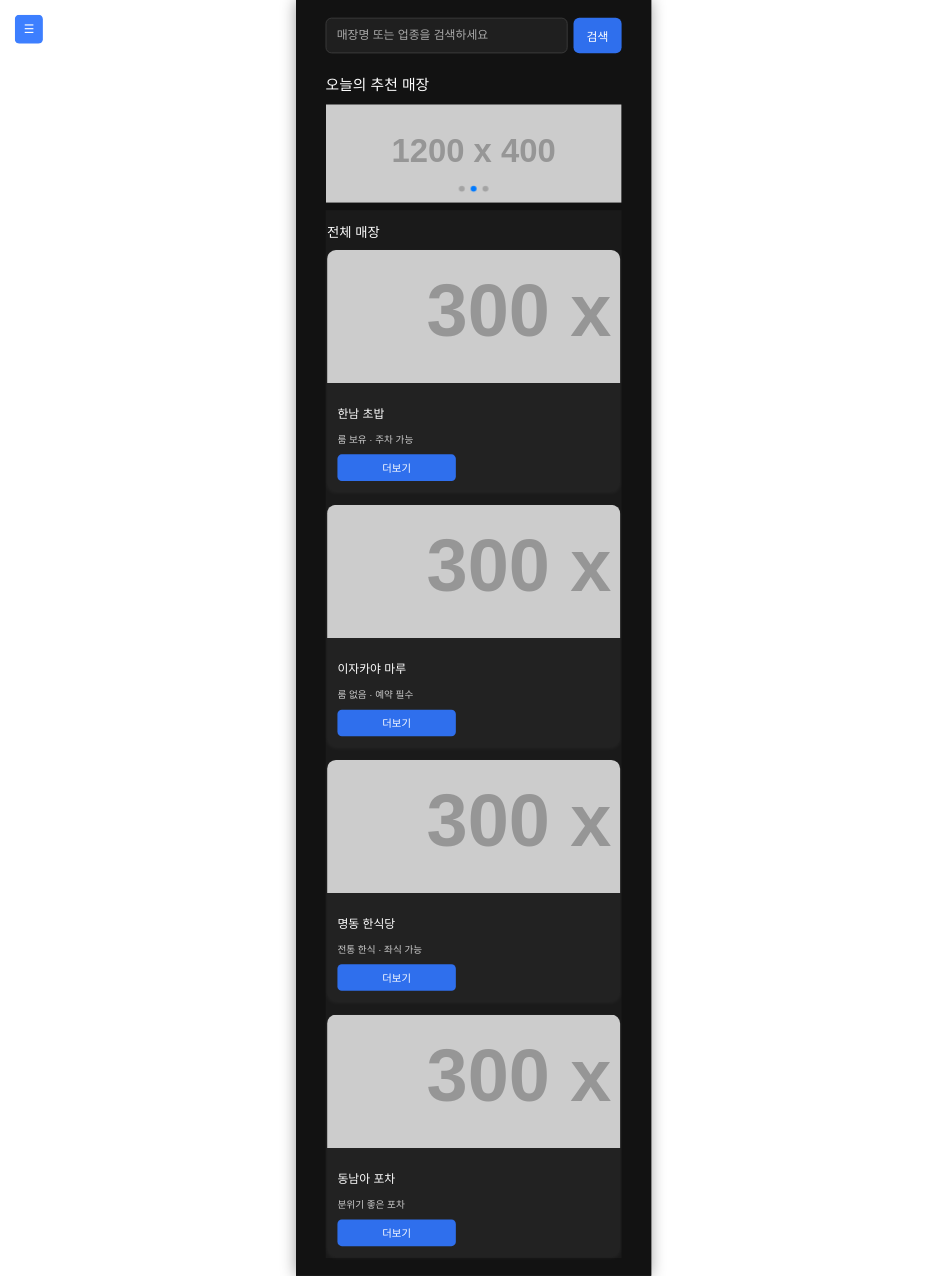
Repository: noiredex/Choplan-API
Page: / (app in choplan/frontend_main/)
An editor plug-in stored every save of this project. The page is shown before and after the next save, followed by the edit.
The browser window is 1280 px wide. The pictures show the whole page, at 74% of full size.
The project was rebuilt for these pictures with package versions that can differ from the ones it lists, and the page was loaded fresh each time. Also part of the build but not shown: choplan/frontend_main/vite.config.js, choplan/frontend_main/vite.config.ts, choplan/frontend_main/src/styles/StoreDetailPage.css, choplan/frontend_main/src/pages/StoreDetailPage.jsx.

Above is the page before, as saved 2025-10-29 10:32:11.

### choplan/frontend_main/index.html
<!doctype html>
<html lang="en">
  <head>
    <meta charset="UTF-8" />
    <link rel="icon" type="image/svg+xml" href="/vite.svg" />
    <meta name="viewport" content="width=device-width, initial-scale=1.0" />
    <title>frontend_main</title>
  </head>
  <body>
    <div id="root"></div>
    <script type="module" src="/src/main.jsx"></script>
  </body>
</html>

### choplan/frontend_main/src/App.jsx
import { Routes, Route } from "react-router-dom";
import HomePage from "./pages/HomePage";
import StoreDetailPage from "./pages/StoreDetailPage";
import "./App.css";

export default function App() {
  return (
    <Routes>
      <Route path="/" element={<HomePage />} />
      <Route path="/store/:id" element={<StoreDetailPage />} />
    </Routes>
  );
}

### choplan/frontend_main/src/pages/Homepage.jsx
import React, { useState } from "react";
import Sidebar from "../components/common/Sidebar";
import SearchBar from "../components/home/SearchBar";
import BannerSlider from "../components/home/BannerSlider";
import RecommendedStores from "../components/home/RecommendedStores";
import "../styles/HomePage.css";

export default function HomePage() {
  const [selectedCategory, setSelectedCategory] = useState("전체");
  const [searchQuery, setSearchQuery] = useState("");

  return (
    <div className="home-container">
      {/* 사이드바 */}
      <Sidebar
        selectedCategory={selectedCategory}
        onSelectCategory={setSelectedCategory}
        searchQuery={searchQuery}
      />

      {/* 메인 콘텐츠 */}
      <div className="main-content">
        <SearchBar onSearch={setSearchQuery} />

        {/* 추천 배너 */}
        <section className="banner-section">
          <h2>오늘의 추천 매장</h2>
          <BannerSlider />
        </section>

        {/* 매장 목록 */}
        <section className="store-section">
          <RecommendedStores
            category={selectedCategory}
            searchQuery={searchQuery}
          />
        </section>
      </div>
    </div>
  );
}

### choplan/frontend_main/src/App.css
/* ==============================
   App.css — 전역 스타일
   ============================== */

/* 기본 페이지 레이아웃 */
html, body {
  margin: 0;
  padding: 0;
  background-color: #181818; /* Soft Charcoal */
  color: #E0E0E0;
  font-family: 'Noto Sans KR', sans-serif;
  display: flex;
  justify-content: center;
}

/* 전체 앱을 중앙에 고정 (모바일 480px 기준) */
#root {
  width: 100%;
  max-width: 480px;
  min-height: 100vh;
  background-color: #1E1E1E;
  box-shadow: 0 0 20px rgba(0, 0, 0, 0.4);
  overflow-x: hidden;
  position: relative;
}

/* 스크롤바 다크모드 스타일 */
::-webkit-scrollbar {
  width: 6px;
}
::-webkit-scrollbar-track {
  background: #1a1a1a;
}
::-webkit-scrollbar-thumb {
  background: #444;
  border-radius: 4px;
}
::-webkit-scrollbar-thumb:hover {
  background: #555;
}

/* 공통 버튼 스타일 */
button {
  background-color: #3D7FFF;
  color: white;
  border: none;
  border-radius: 8px;
  padding: 10px 16px;
  cursor: pointer;
  transition: background-color 0.2s ease;
}
button:hover {
  background-color: #5596FF;
}

/* 링크 */
a {
  text-decoration: none;
  color: inherit;
}

### choplan/frontend_main/src/components/common/Sidebar.jsx
import React, { useState, useEffect } from "react";
import "../../styles/Sidebar.css";

export default function Sidebar({ selectedCategory, onSelectCategory, searchQuery }) {
  const [isOpen, setIsOpen] = useState(false);

  const categories = [
    "전체",
    "이자카야",
    "초밥",
    "한식",
    "양식",
    "중식",
    "동남아",
    "인도",
    "기타",
  ];

  // 검색어에 따라 자동 카테고리 선택
  useEffect(() => {
    if (searchQuery && searchQuery.trim() !== "") {
      const matched = categories.find((cat) => searchQuery.includes(cat));
      if (matched) onSelectCategory(matched);
    }
  }, [searchQuery]);

  return (
    <>
      {/* 햄버거 버튼 (항상 노출) */}
      <button
        className="sidebar-toggle"
        onClick={() => setIsOpen(!isOpen)}
        aria-label="메뉴 열기"
      >
        ☰
      </button>

      {/* 오버레이 (열릴 때만) */}
      {isOpen && <div className="overlay" onClick={() => setIsOpen(false)}></div>}

      {/* 세로형 사이드바 */}
      <aside className={`sidebar ${isOpen ? "open" : ""}`}>
        <ul className="sidebar-list">
          {categories.map((category, index) => (
            <li
              key={index}
              className={selectedCategory === category ? "active" : ""}
              onClick={() => {
                onSelectCategory(category);
                setIsOpen(false);
              }}
            >
              {category}
            </li>
          ))}
        </ul>
      </aside>
    </>
  );
}

### choplan/frontend_main/src/components/home/SearchBar.jsx
import React, { useState } from "react";
import "../../styles/SearchBar.css";

export default function SearchBar({ onSearch }) {
  const [query, setQuery] = useState("");

  const handleInputChange = (e) => {
    setQuery(e.target.value);
  };

  const handleSearch = (e) => {
    e.preventDefault();
    onSearch(query);
  };

  return (
    <form className="search-bar" onSubmit={handleSearch}>
      <input
        type="text"
        placeholder="매장명 또는 업종을 검색하세요"
        value={query}
        onChange={handleInputChange}
      />
      <button type="submit">검색</button>
    </form>
  );
}

### choplan/frontend_main/src/components/home/BannerSlider.jsx
import React from "react";
import { Swiper, SwiperSlide } from "swiper/react";
import { Autoplay, Pagination } from "swiper/modules";
import "swiper/css";
import "swiper/css/pagination";
import "../../styles/BannerSlider.css";

export default function BannerSlider() {
  const banners = [
    {
      id: 1,
      img: "https://placehold.co/1200x400/007bff/ffffff?text=오늘의+추천매장+1",
      alt: "추천 매장 1",
    },
    {
      id: 2,
      img: "https://placehold.co/1200x400/f07b00/ffffff?text=오늘의+추천매장+2",
      alt: "추천 매장 2",
    },
    {
      id: 3,
      img: "https://placehold.co/1200x400/008c4a/ffffff?text=오늘의+추천매장+3",
      alt: "추천 매장 3",
    },
  ];

  return (
    <div className="banner-slider-container">
      <Swiper
        modules={[Autoplay, Pagination]}
        pagination={{ clickable: true }}
        autoplay={{ delay: 4000, disableOnInteraction: false }}
        loop={true}
        spaceBetween={0}
        slidesPerView={1}
        className="banner-swiper"
      >
        {banners.map((banner) => (
          <SwiperSlide key={banner.id}>
            <img
              src={banner.img}
              alt={banner.alt}
              className="banner-image"
            />
          </SwiperSlide>
        ))}
      </Swiper>
    </div>
  );
}

### choplan/frontend_main/src/components/home/RecommendedStores.jsx
import React, { useEffect, useState } from "react";
import { useNavigate } from "react-router-dom";
import "../../styles/RecommendedStores.css";

export default function RecommendedStores({ category, searchQuery }) {
  const [stores, setStores] = useState([]);
  const navigate = useNavigate(); // 페이지 이동 훅

  // 예시 데이터 (실제 API 연결 시 이 부분 대체)
  const allStores = [
    { id: 1, name: "한남 초밥", category: "초밥", desc: "룸 보유 · 주차 가능", img: "https://placehold.co/300x200" },
    { id: 2, name: "이자카야 마루", category: "이자카야", desc: "룸 없음 · 예약 필수", img: "https://placehold.co/300x200" },
    { id: 3, name: "명동 한식당", category: "한식", desc: "전통 한식 · 좌식 가능", img: "https://placehold.co/300x200" },
    { id: 4, name: "동남아 포차", category: "동남아", desc: "분위기 좋은 포차", img: "https://placehold.co/300x200" },
  ];

  useEffect(() => {
    let filtered = allStores;

    // 검색어 반영
    if (searchQuery) {
      filtered = filtered.filter((store) =>
        store.name.toLowerCase().includes(searchQuery.toLowerCase())
      );
    }

    // 카테고리 반영
    if (category && category !== "전체") {
      filtered = filtered.filter((store) => store.category === category);
    }

    setStores(filtered);
  }, [category, searchQuery]);

  return (
    <div className="recommended-stores">
      <h2>{category ? category : "전체"} 매장</h2>

      <div className="store-grid">
        {stores.length > 0 ? (
          stores.map((store) => (
            <div className="store-card" key={store.id}>
              <img src={store.img} alt={store.name} />
              <div className="store-info">
                <h3>{store.name}</h3>
                <p>{store.desc}</p>
                <button onClick={() => navigate(`/store/${store.id}`)}>더보기</button>
              {/* 더보기 클릭시 /store/매장id 페이지로 이동 */}
              </div>
            </div>
          ))
        ) : (
          <p className="no-results">검색 결과가 없습니다.</p>
        )}
      </div>
    </div>
  );
}

### choplan/frontend_main/src/styles/HomePage.css
/* ===== 기본 구조 ===== */
.home-container {
  display: flex;
  flex-direction: row;
  align-items: stretch;
  justify-content: flex-start;
  width: 100%;
  min-height: 100vh;
  background-color: #121212; /* 다크모드 배경 */
  overflow: hidden;
  box-sizing: border-box;
  color: #f0f0f0;
}

/* ===== 메인 콘텐츠 ===== */
.main-content {
  flex: 1;
  display: flex;
  flex-direction: column;
  justify-content: flex-start;
  align-items: stretch;
  padding: 24px 40px;
  overflow-y: auto;
  transition: all 0.3s ease;
}

/* ===== 검색바 ===== */
.search-bar {
  margin-bottom: 10px; /* 기존보다 10px 줄임 */
}

/* ===== 베너 섹션 ===== */
.benner-section {
  text-align: center;
  margin-top: 10px; /* 기존보다 10px 줄임 */
  margin-bottom: 20px; /* 아래 ‘전체매장’ 간격 줄임 */
  display: flex;
  flex-direction: column;
  align-items: center;
}

.banner-section h2 {
  font-size: 20px; /* 기존 24px → 20px */
  font-weight: 700;
  color: #ffffff;
  margin-bottom: 12px;
}

.banner-section .swiper-container {
  width: 100%;
  max-width: 1200px;
  aspect-ratio: 16 / 9;
  border-radius: 12px;
  overflow: hidden;
  object-fit: cover;
  height: auto !important;
  flex-shrink: 0;
}

.banner-section .swiper-slide img {
  width: 100%;
  height: 100%;
  object-fit: cover;
  display: block;
}

/* ===== 추천 매장 섹션 ===== */
.store-section {
  width: 100%;
  margin-top: 10px; /* 기존보다 10px 줄임 */
  flex-grow: 1;
}

/* 반응형 대응 */
@media (max-width: 1024px) {
  .banner-section h2 {
    font-size: 18px;
  }
}

### choplan/frontend_main/src/styles/Sidebar.css
/* ==============================
   Sidebar.css — 카테고리 & 햄버거 버튼
   ============================== */

/* ===== 사이드바 전체 ===== */
.sidebar {
  position: fixed;
  top: 0;
  left: 0;
  width: 220px;
  height: 100%;
  background: #202020; /* Soft Charcoal */
  border-right: 1px solid #2c2c2c;
  overflow-y: auto;
  transform: translateX(-100%);
  transition: transform 0.3s ease-in-out;
  z-index: 1000;
}

/* 열렸을 때 */
.sidebar.open {
  transform: translateX(0);
}

/* ===== 햄버거 버튼 ===== */
.sidebar-toggle {
  position: fixed;
  top: 20px;
  left: 20px;
  z-index: 1100;
  background: #3D7FFF;
  color: white;
  border: none;
  border-radius: 6px;
  padding: 10px 12px;
  font-size: 16px;
  cursor: pointer;
  transition: background 0.2s ease;
}

.sidebar-toggle:hover {
  background: #5596FF;
}

/* ===== 카테고리 리스트 ===== */
.sidebar-list {
  list-style: none;
  margin: 70px 0 0 0; /* 버튼 아래쪽 여백 확보 */
  padding: 0;
  display: flex;
  flex-direction: column;
}

.sidebar-list li {
  padding: 14px 18px;
  color: #E0E0E0;
  font-size: 15px;
  cursor: pointer;
  border-bottom: 1px solid #2b2b2b;
  transition: all 0.2s ease;
}

.sidebar-list li:hover {
  background-color: #2a2a2a;
}

.sidebar-list li.active {
  background-color: #3D7FFF;
  color: #fff;
  font-weight: 600;
}

/* “전체” 항목 상단 고정 */
.sidebar-list li:first-child {
  position: sticky;
  top: 0;
  background: #202020;
  z-index: 3;
  font-weight: bold;
  border-bottom: 1px solid #2c2c2c;
}

/* ===== 스크롤바 ===== */
.sidebar-list::-webkit-scrollbar {
  width: 6px;
}
.sidebar-list::-webkit-scrollbar-thumb {
  background: #333;
  border-radius: 3px;
}
.sidebar-list::-webkit-scrollbar-thumb:hover {
  background: #444;
}

/* ===== 반응형 ===== */
@media (max-width: 1024px) {
  .sidebar {
    width: 220px;
  }
}

@media (max-width: 600px) {
  .sidebar {
    width: 200px;
  }

  .sidebar-list li {
    font-size: 14px;
    padding: 12px 14px;
  }

  .sidebar-toggle {
    padding: 8px 10px;
    font-size: 14px;
    top: 15px;
    left: 15px;
  }
}

### choplan/frontend_main/src/styles/SearchBar.css
.search-bar {
  display: flex;
  align-items: center; /* 세로 중앙 정렬 */
  justify-content: center;
  width: 100%;
  max-width: 600px;
  margin: 0 auto;
}

.search-bar input {
  flex: 1;
  height: 48px; /* 버튼과 동일 높이 */
  padding: 0 14px;
  border: 1px solid #444;
  border-radius: 8px;
  background-color: #1f1f1f;
  color: #f0f0f0;
  font-size: 16px;
  outline: none;
  box-sizing: border-box;
}

.search-bar input::placeholder {
  color: #aaa;
}

.search-bar button {
  height: 48px; /* input과 완전 동일 높이 */
  padding: 0 18px;
  border: none;
  background-color: #2f6fed;
  color: white;
  font-size: 16px;
  border-radius: 8px;
  margin-left: 8px; /* input과의 간격 */
  cursor: pointer;
  transition: background-color 0.2s ease;
}

.search-bar button:hover {
  background-color: #1d56c4;
}

### choplan/frontend_main/src/styles/BannerSlider.css
/* ==============================
   BannerSlider.css — 자동 슬라이드 배너
   ============================== */

/* ===== 배너 전체 ===== */
.banner-slider {
  position: relative;
  width: 100%;
  max-width: 440px;
  margin: 0 auto;
  border-radius: 12px;
  overflow: hidden;
  background-color: #2A2A2A;
  box-shadow: 0 4px 10px rgba(0, 0, 0, 0.3);
}

/* ===== 슬라이드 이미지 ===== */
.banner-slide {
  width: 100%;
  aspect-ratio: 16 / 9;
  display: flex;
  align-items: center;
  justify-content: center;
  background-color: #1E1E1E;
}

.banner-slide img {
  width: 100%;
  height: 100%;
  object-fit: cover;
  display: block;
}

/* ===== 인디케이터 점 ===== */
.banner-indicators {
  position: absolute;
  bottom: 12px;
  left: 50%;
  transform: translateX(-50%);
  display: flex;
  gap: 6px;
  z-index: 10;
}

.indicator {
  width: 8px;
  height: 8px;
  background-color: rgba(255, 255, 255, 0.4);
  border-radius: 50%;
  cursor: pointer;
  transition: background-color 0.3s;
}

.indicator.active {
  background-color: #3D7FFF;
}

/* ===== 슬라이드 전환 효과 ===== */
.swiper-slide {
  transition: transform 0.6s ease-in-out;
}

/* ===== 반응형 ===== */
@media (min-width: 1025px) {
  body {
    display: flex;
    justify-content: center;
    background-color: #181818;
  }

  #root {
    width: 480px;
  }

  .banner-slider {
    max-width: 480px;
  }
}

@media (max-width: 600px) {
  .banner-slider {
    max-width: 95%;
  }

  .banner-indicators {
    bottom: 8px;
  }

  .indicator {
    width: 7px;
    height: 7px;
  }
}

### choplan/frontend_main/src/styles/RecommendedStores.css
/* ===== 컨테이너 ===== */
.recommended-stores {
  padding: 2px;
  background: #1a1a1a;
}

/* ===== 섹션 제목 ===== */
.recommended-stores h2 {
  font-size: 18px; /* ‘오늘의 추천 매장’과 동일한 크기 */
  margin-bottom: 10px;
  font-weight: 600;
  color: #ffffff;
}

/* ===== 매장 카드 그리드 ===== */
.store-grid {
  display: grid;
  gap: 18px;
  width: 100%;
  max-width: 1200px;
  margin: 0 auto;
  grid-template-columns: repeat(auto-fit, minmax(280px, 1fr));
  transition: all 0.3s ease;
}

/* ===== 매장 카드 ===== */
.store-card {
  background: #222;
  border-radius: 12px;
  overflow: hidden;
  box-shadow: 0 2px 6px rgba(255, 255, 255, 0.05);
  display: flex;
  flex-direction: column;
  transition: transform 0.2s ease;
}

.store-card:hover {
  transform: translateY(-3px);
}

.store-card img {
  width: 180%;
  height: 180px;
  object-fit: cover;
}

.store-info {
  padding: 14px;
}

.store-info h3 {
  font-size: 16px;
  margin-bottom: 6px;
  color: #fff;
}

.store-info p {
  font-size: 13px;
  color: #ccc;
  margin-bottom: 10px;
}

.store-info button {
  width: 100%;
  max-width: 160px;
  padding: 8px 0;
  border: none;
  background-color: #2f6fed;
  color: white;
  font-size: 14px;
  border-radius: 6px;
  cursor: pointer;
  transition: background-color 0.2s ease;
}

.store-info button:hover {
  background-color: #1d56c4;
}

Loaded but not shown: choplan/frontend_main/src/main.jsx (common file); choplan/frontend_main/src/index.css (common file)

After the next save:
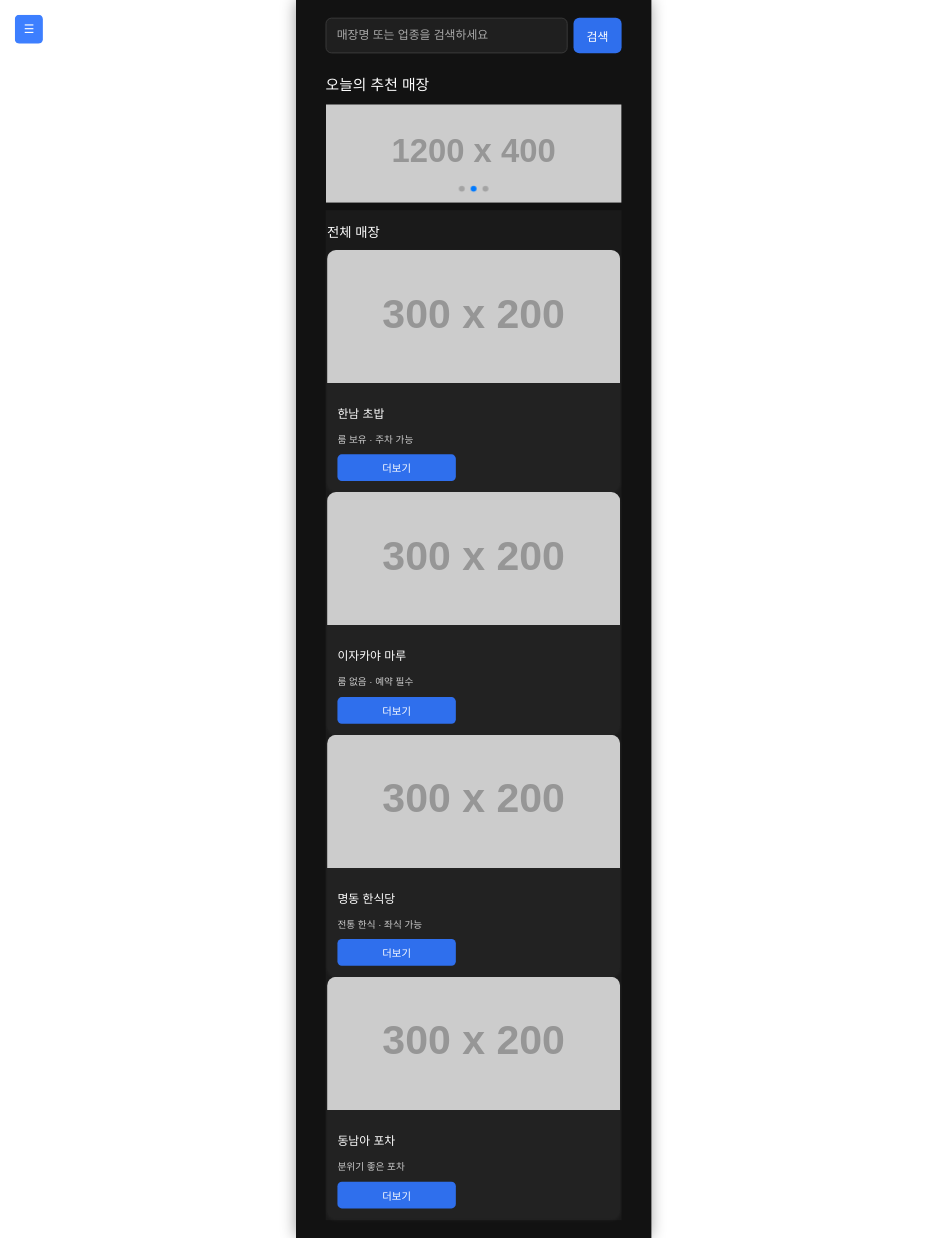
Saved 4 s later.
--- a/choplan/frontend_main/src/styles/RecommendedStores.css
+++ b/choplan/frontend_main/src/styles/RecommendedStores.css
@@ -15,7 +15,7 @@
 /* ===== 매장 카드 그리드 ===== */
 .store-grid {
   display: grid;
-  gap: 18px;
+  gap: 1px;
   width: 100%;
   max-width: 1200px;
   margin: 0 auto;
@@ -39,7 +39,7 @@
 }
 
 .store-card img {
-  width: 180%;
+  width: 100%;
   height: 180px;
   object-fit: cover;
 }
